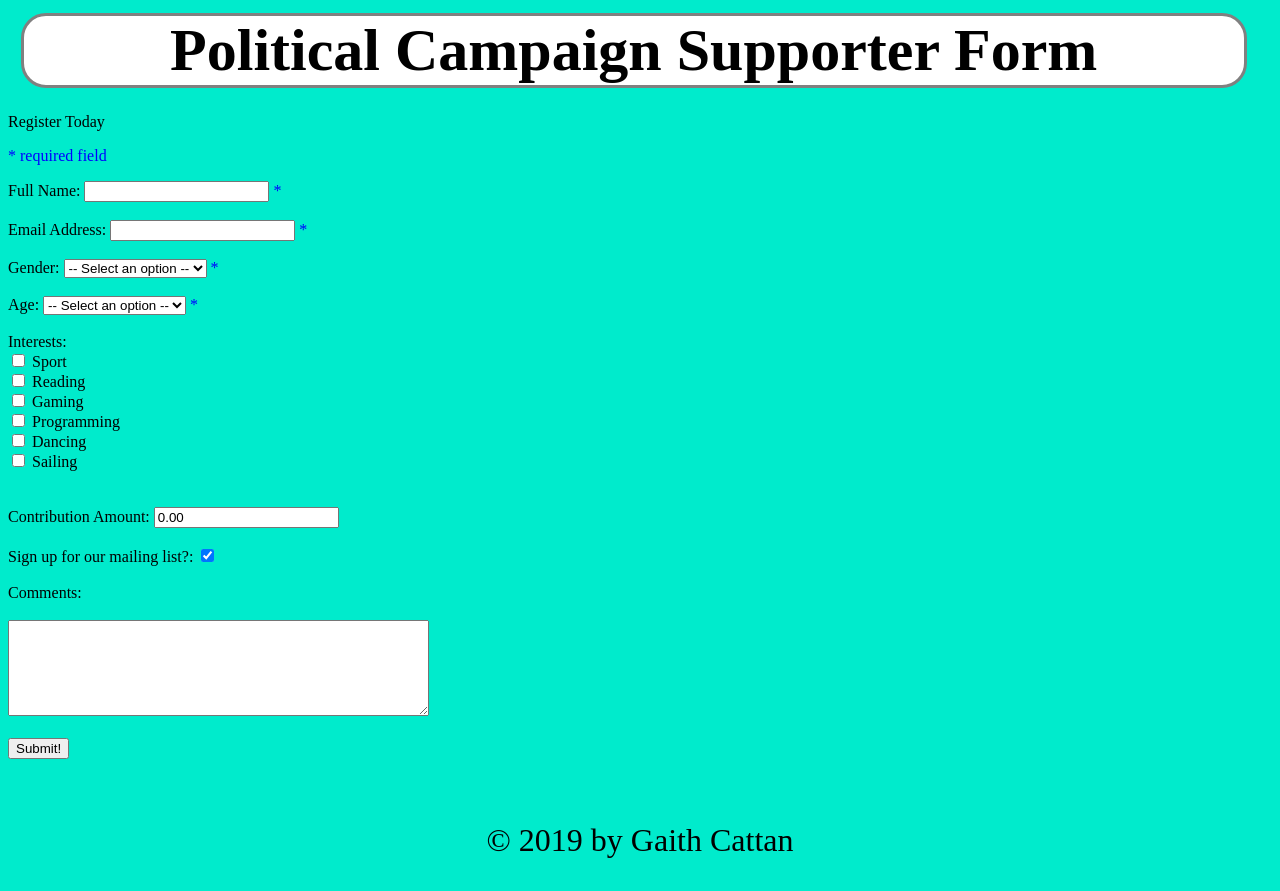
Repository: GaithCattan/COSW30
Page: labwork/lab2/contact.html
The author's editor kept a record of every edit. The page is drawn from the files as they stood at one moment, then again after the next edit.
The browser window is 1280 px wide. The pictures show the whole page.

Above is the page before.

After the next edit:
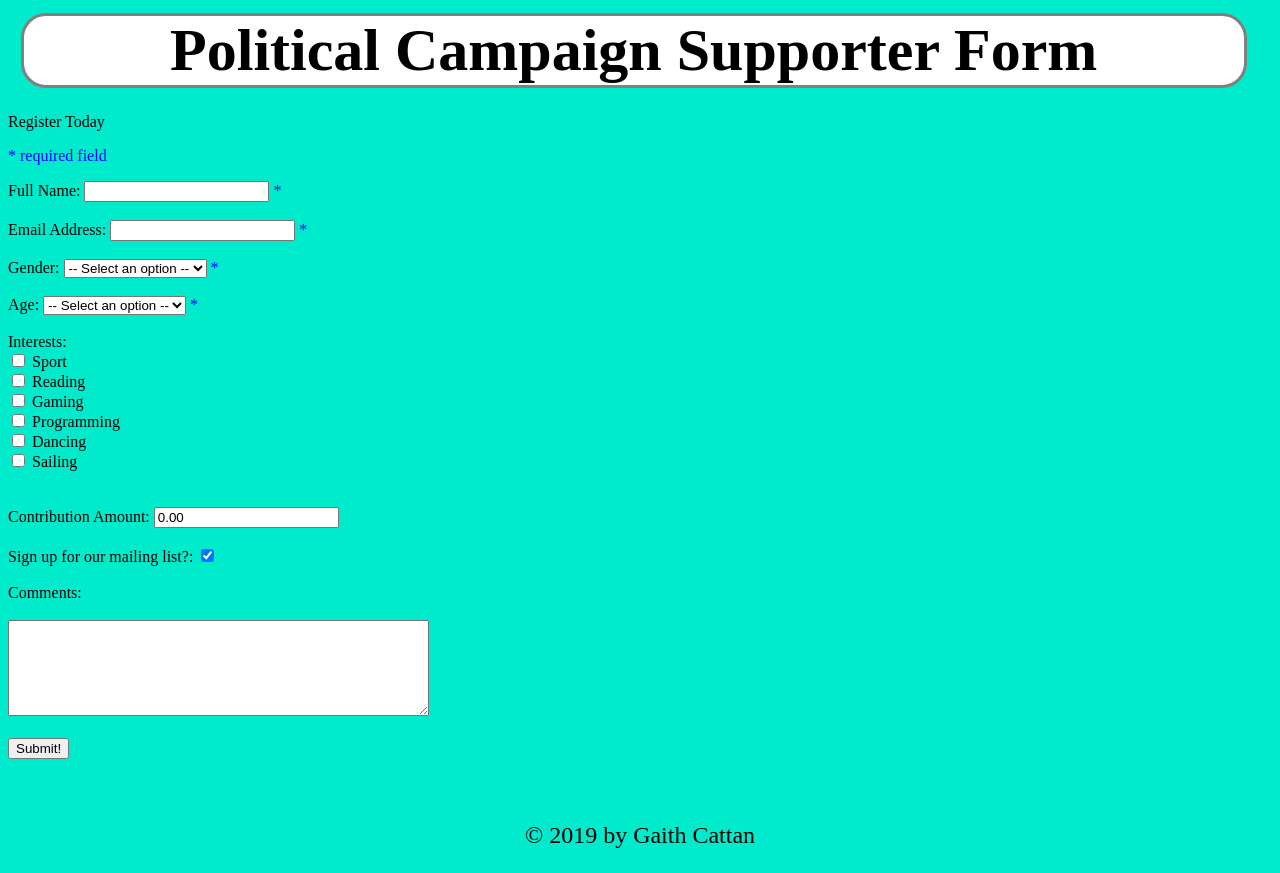
The edit:
--- a/labwork/lab2/contact.html
+++ b/labwork/lab2/contact.html
@@ -7,14 +7,10 @@
         <style>
           body {background-color: #00EBCC;}
           h1 {text-align: center; font-size: 60px; margin-top: 40px;
-                      border: solid grey; border-radius: 25px;
-                      margin-top: 1%;
-	margin-right: 2%;
-	margin-left: 1%;
-        margin-bottom: 2%;
-                background-color: white;
-          }
-          footer {font-size: 2em; color: black; text-align: center; margin-top: 5%;}
+              border: solid grey; border-radius: 25px;
+              margin-top: 1%; margin-right: 2%;	margin-left: 1%; margin-bottom: 2%;
+              background-color: white;}
+          footer {font-size: 1.5em; color: black; text-align: center; margin-top: 5%;}
           .needed {color: blue;}
         </style>
 
